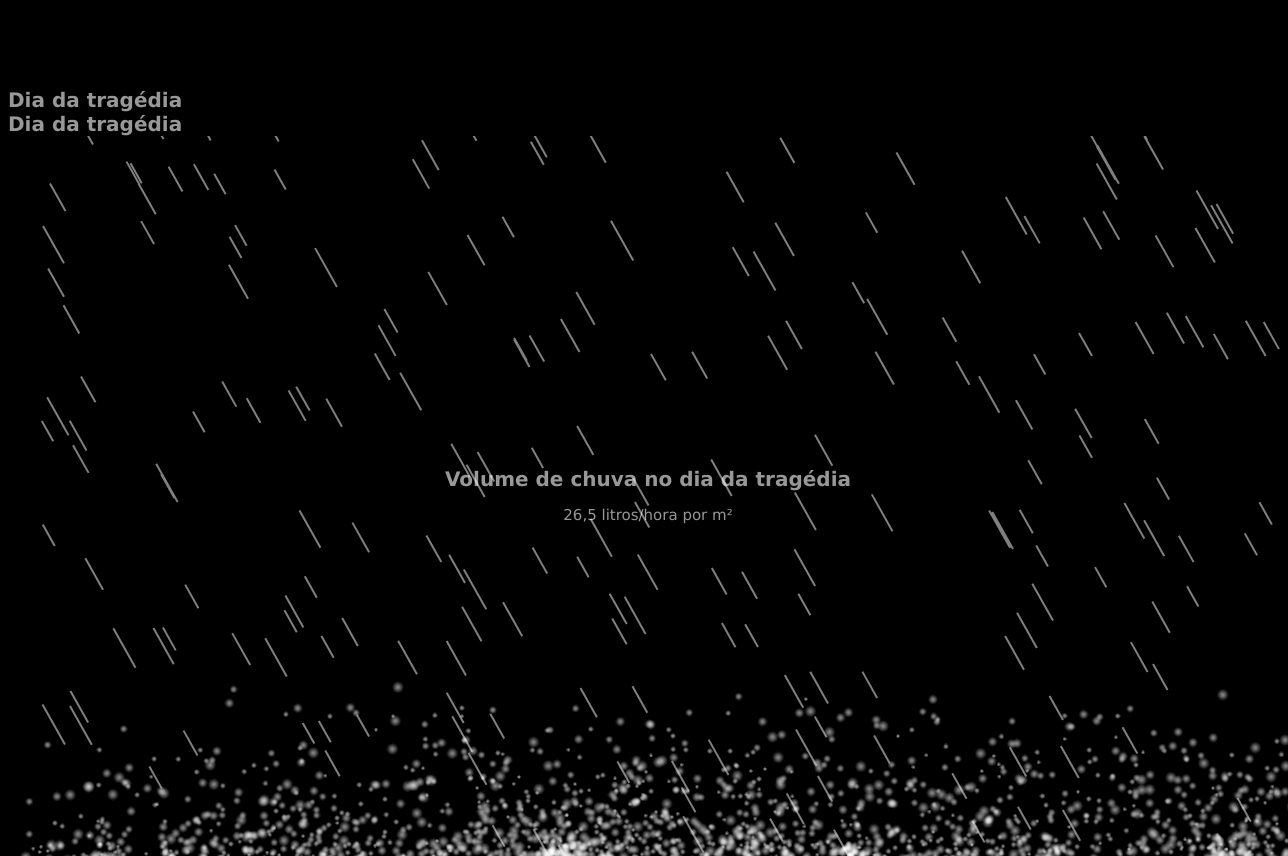
Repository: lucasthaynan/chuvas-estadao
Page: index.html
These files come from the project's save history. The page is drawn as it stood at one moment and after the next save; the edit follows.
The browser window is 1280 px wide. The page is 1288 px wide, so the pictures cover 1288 px, including what lies to the right of the window. The pictures show the whole page.

Above is the page before, as saved 2023-02-24 10:34:40.
Console error: ReferenceError: dat is not defined

After the next save:
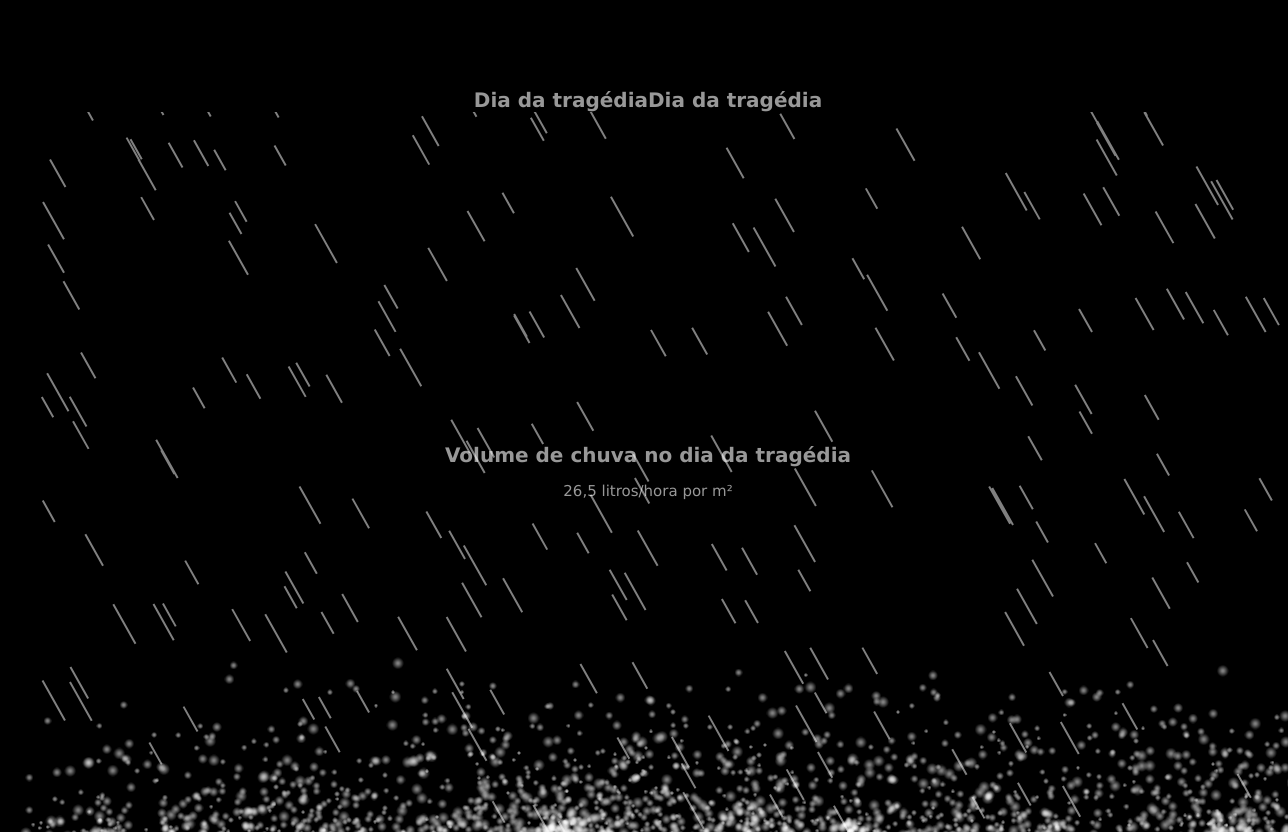
Saved 42 s later.
--- a/style.css
+++ b/style.css
@@ -51,6 +51,8 @@ p.desc {
 
 div.btns {
     display: flex;
-    flex-direction: column;
+    flex-direction: row;
+    align-items: center;
+    justify-content: center;
 
 }
